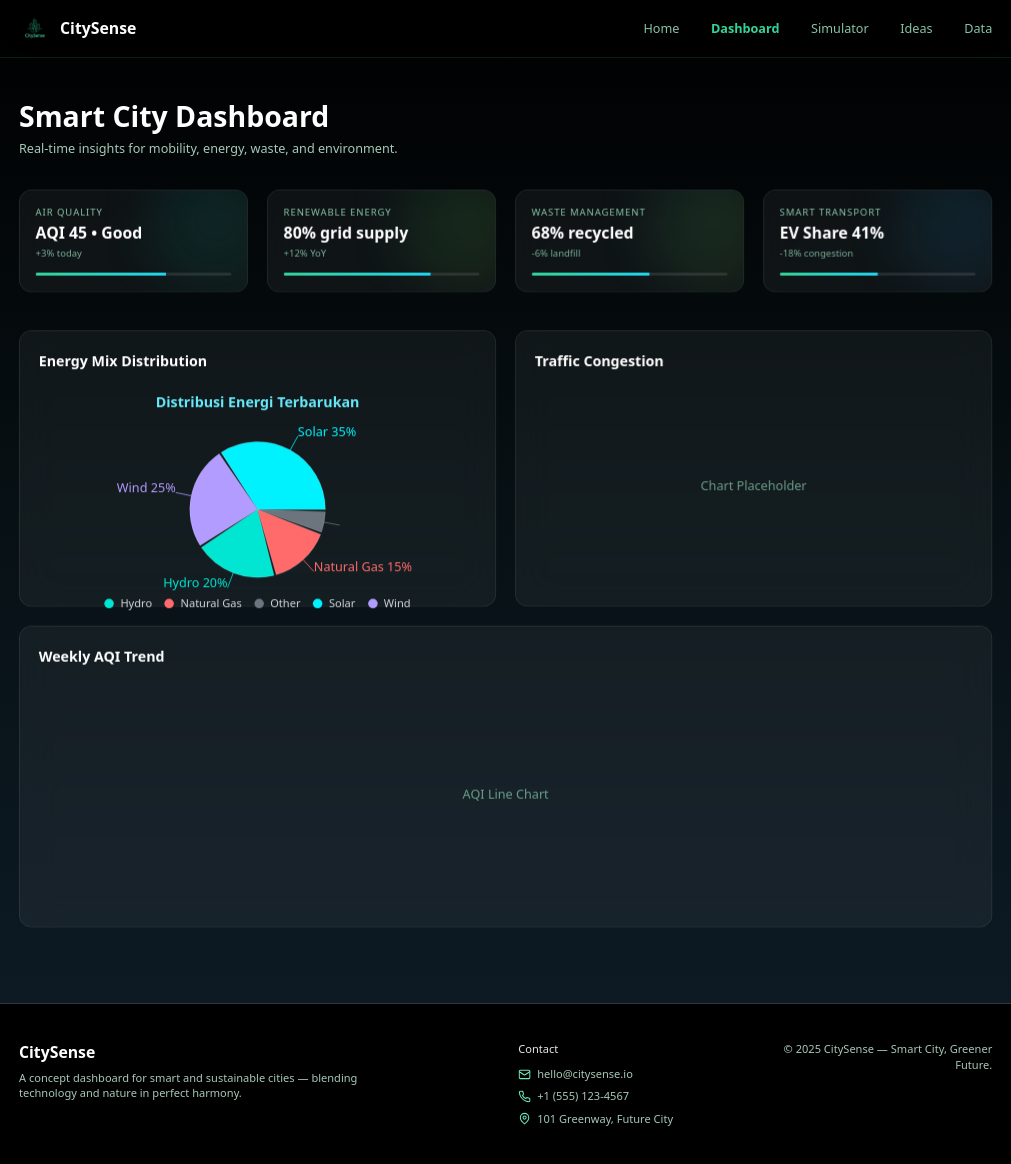
Repository: crashyet/CitySense
Page: /dashboard
These files come from the project's save history. The page is drawn as it stood at one moment and after the next save; the edit follows.
The browser window is 1280 px wide. The pictures show the whole page, at 79% of full size.
The project was rebuilt for these pictures with package versions that can differ from the ones it lists, and the page was loaded fresh each time. Also part of the build but not shown: vite.config.js, src/pages/landing/Hero.jsx, src/pages/landing/DashboardPreview.jsx, src/pages/landing/Infographic.jsx, src/pages/landing/Community.jsx, src/pages/landing/index.jsx, src/pages/Simulator/index.jsx, src/pages/Ideas/index.jsx and 1 more.

Above is the page before, as saved 2025-11-16 23:29:55.

### src/App.jsx
import { Routes, Route } from "react-router-dom";

import Landing from "./pages/landing";
import Dashboard from "./pages/Dashboardpack";
import Simulator from "./pages/Simulator";
import Ideas from "./pages/Ideas";
import DataPage from "./pages/Data";

export default function App() {
  return (
    <Routes>
      <Route path="/" element={<Landing />} />
      <Route path="/dashboard" element={<Dashboard />} />
      <Route path="/simulator" element={<Simulator />} />
      <Route path="/ideas" element={<Ideas />} />
      <Route path="/data" element={<DataPage />} />
    </Routes>
  );
}

### src/pages/Dashboardpack/index.jsx
import Navbar from "../../components/Navbar";
import Footer from "../../components/Footer";
import EnergyPieChart from "../../components/EnergyPieChart";

export default function Dashboardpack() {
  return (
    <>
      <Navbar />

      <div className="relative w-full bg-gradient-to-b from-black via-[#071014] to-[#0d1a24] text-white pb-24 pt-32">
        <div className="mx-auto max-w-7xl px-6">

          {/* Header */}
          <div className="mb-10">
            <h1 className="text-3xl md:text-4xl font-semibold">Smart City Dashboard</h1>
            <p className="text-emerald-100/80 mt-2">
              Real-time insights for mobility, energy, waste, and environment.
            </p>
          </div>

          {/* Top Stats */}
          <div className="grid grid-cols-1 md:grid-cols-2 lg:grid-cols-4 gap-6 mb-12">

            {/* CARD 1 */}
            <div className="group relative overflow-hidden rounded-2xl border border-white/10 bg-white/5 p-5 backdrop-blur-xl transition hover:border-emerald-300/40">
              <div className="absolute -right-10 -top-10 h-40 w-40 rounded-full bg-gradient-to-br
              from-cyan-500/30 to-emerald-500/30 opacity-40 blur-2xl" />

              <div className="relative">
                <p className="text-xs uppercase tracking-widest text-emerald-200/80">Air Quality</p>
                <p className="mt-1 text-xl font-semibold">AQI 45 • Good</p>
                <p className="text-xs text-emerald-200/70 mt-1">+3% today</p>
                <div className="mt-4 h-1 w-full bg-white/10 rounded-full overflow-hidden">
                  <div className="h-full w-2/3 bg-gradient-to-r from-emerald-400 to-cyan-400"></div>
                </div>
              </div>
            </div>

            {/* CARD 2 */}
            <div className="group relative overflow-hidden rounded-2xl border border-white/10 bg-white/5 p-5 backdrop-blur-xl transition hover:border-emerald-300/40">
              <div className="absolute -right-10 -top-10 h-40 w-40 rounded-full bg-gradient-to-br
              from-emerald-500/30 to-lime-400/30 opacity-40 blur-2xl" />

              <div className="relative">
                <p className="text-xs uppercase tracking-widest text-emerald-200/80">Renewable Energy</p>
                <p className="mt-1 text-xl font-semibold">80% grid supply</p>
                <p className="text-xs text-emerald-200/70 mt-1">+12% YoY</p>
                <div className="mt-4 h-1 w-full bg-white/10 rounded-full overflow-hidden">
                  <div className="h-full w-3/4 bg-gradient-to-r from-emerald-400 to-cyan-400"></div>
                </div>
              </div>
            </div>

            {/* CARD 3 */}
            <div className="group relative overflow-hidden rounded-2xl border border-white/10 bg-white/5 p-5 backdrop-blur-xl transition hover:border-emerald-300/40">
              <div className="absolute -right-10 -top-10 h-40 w-40 rounded-full bg-gradient-to-br
              from-teal-400/30 to-lime-400/30 opacity-40 blur-2xl" />

              <div className="relative">
                <p className="text-xs uppercase tracking-widest text-emerald-200/80">Waste Management</p>
                <p className="mt-1 text-xl font-semibold">68% recycled</p>
                <p className="text-xs text-emerald-200/70 mt-1">-6% landfill</p>
                <div className="mt-4 h-1 w-full bg-white/10 rounded-full overflow-hidden">
                  <div className="h-full w-3/5 bg-gradient-to-r from-emerald-400 to-cyan-400"></div>
                </div>
              </div>
            </div>

            {/* CARD 4 */}
            <div className="group relative overflow-hidden rounded-2xl border border-white/10 bg-white/5 p-5 backdrop-blur-xl transition hover:border-emerald-300/40">
              <div className="absolute -right-10 -top-10 h-40 w-40 rounded-full bg-gradient-to-br
              from-cyan-500/30 to-blue-500/30 opacity-40 blur-2xl" />

              <div className="relative">
                <p className="text-xs uppercase tracking-widest text-emerald-200/80">Smart Transport</p>
                <p className="mt-1 text-xl font-semibold">EV Share 41%</p>
                <p className="text-xs text-emerald-200/70 mt-1">-18% congestion</p>
                <div className="mt-4 h-1 w-full bg-white/10 rounded-full overflow-hidden">
                  <div className="h-full w-1/2 bg-gradient-to-r from-emerald-400 to-cyan-400"></div>
                </div>
              </div>
            </div>
          </div>

          {/* 2 Column Charts */}
          <div className="grid grid-cols-1 md:grid-cols-2 gap-6">

            {/* ENERGY DISTRIBUTION */}
            <div className="rounded-2xl border border-white/10 bg-white/5 p-6 backdrop-blur-xl md:col-span-1">
              <h3 className="text-lg font-semibold mb-4">Energy Mix Distribution</h3>

              <div className="h-64">
                <EnergyPieChart />
              </div>
            </div>

            {/* TRAFFIC */}
            <div className="rounded-2xl border border-white/10 bg-white/5 p-6 backdrop-blur-xl">
              <h3 className="text-lg font-semibold mb-4">Traffic Congestion</h3>
              <div className="h-64 flex items-center justify-center text-emerald-200/60">
                Chart Placeholder
              </div>
            </div>

            {/* WEEKLY AQI */}
            <div className="rounded-2xl border border-white/10 bg-white/5 p-6 backdrop-blur-xl md:col-span-2">
              <h3 className="text-lg font-semibold mb-4">Weekly AQI Trend</h3>
              <div className="h-72 flex items-center justify-center text-emerald-200/60">
                AQI Line Chart
              </div>
            </div>

          </div>
        </div>
      </div>

      <Footer />
    </>
  );
}

### src/components/Navbar.jsx
import { NavLink } from "react-router-dom";
import { useState } from "react";
import Logo from "../assets/logo.png"; // sesuaikan path logo

export default function Navbar() {
  const [open, setOpen] = useState(false);

  const linkClass = ({ isActive }) =>
    isActive
      ? "text-emerald-400 font-semibold"
      : "text-emerald-200/80 hover:text-white";

  return (
    <header className="fixed w-full z-50 bg-black/40 backdrop-blur-xl border-b border-emerald-400/20 px-6 py-4">
      <div className="max-w-7xl mx-auto flex justify-between items-center">

        {/* LOGO */}
        <NavLink to="/" className="flex items-center gap-3">
          <img src={Logo} className="w-10 h-10" />
          <span className="text-xl text-white font-semibold">CitySense</span>
        </NavLink>

        {/* DESKTOP NAV */}
        <nav className="hidden md:flex gap-10">
          <NavLink to="/" className={linkClass}>Home</NavLink>
          <NavLink to="/dashboard" className={linkClass}>Dashboard</NavLink>
          <NavLink to="/simulator" className={linkClass}>Simulator</NavLink>
          <NavLink to="/ideas" className={linkClass}>Ideas</NavLink>
          <NavLink to="/data" className={linkClass}>Data</NavLink>
        </nav>

        {/* MOBILE BUTTON */}
        <button className="md:hidden text-white" onClick={() => setOpen(!open)}>
          {open ? "✖" : "☰"}
        </button>
      </div>

      {/* MOBILE NAV */}
      {open && (
        <div className="md:hidden bg-black/60 backdrop-blur-lg px-6 pb-4 flex flex-col gap-3">
          <NavLink onClick={() => setOpen(false)} to="/" className="text-white">Home</NavLink>
          <NavLink onClick={() => setOpen(false)} to="/dashboard" className="text-white">Dashboard</NavLink>
          <NavLink onClick={() => setOpen(false)} to="/simulator" className="text-white">Simulator</NavLink>
          <NavLink onClick={() => setOpen(false)} to="/ideas" className="text-white">Ideas</NavLink>
          <NavLink onClick={() => setOpen(false)} to="/data" className="text-white">Data</NavLink>
        </div>
      )}
    </header>
  );
}

### src/components/Footer.jsx
import React from "react";

const Footer = () => {
  return (
    <footer id="contact" className="relative w-full bg-black text-white">
      <div className="mx-auto max-w-7xl px-6 py-12">

        <div className="grid grid-cols-1 gap-8 md:grid-cols-4">

          {/* Brand */}
          <div className="col-span-2">
            <h4 className="text-xl font-semibold">CitySense</h4>
            <p className="mt-2 max-w-md text-sm text-emerald-100/80">
              A concept dashboard for smart and sustainable cities — blending
              technology and nature in perfect harmony.
            </p>
          </div>

          {/* Contact */}
          <div>
            <p className="text-sm font-medium text-white/90">Contact</p>
            <ul className="mt-3 space-y-2 text-sm text-emerald-100/80">

              <li className="flex items-center gap-2">
                <svg xmlns="http://www.w3.org/2000/svg" width="24" height="24"
                  viewBox="0 0 24 24" fill="none" stroke="currentColor"
                  strokeWidth="2" strokeLinecap="round" strokeLinejoin="round"
                  className="lucide lucide-mail h-4 w-4 text-emerald-300">
                  <rect width="20" height="16" x="2" y="4" rx="2"></rect>
                  <path d="m22 7-8.97 5.7a1.94 1.94 0 0 1-2.06
                    0L2 7"></path>
                </svg>
                hello@citysense.io
              </li>

              <li className="flex items-center gap-2">
                <svg xmlns="http://www.w3.org/2000/svg" width="24" height="24"
                  viewBox="0 0 24 24" fill="none" stroke="currentColor"
                  strokeWidth="2" strokeLinecap="round" strokeLinejoin="round"
                  className="lucide lucide-phone h-4 w-4 text-emerald-300">
                  <path d="M22 16.92v3a2 2 0 0 1-2.18
                    2 19.79 19.79 0 0 1-8.63-3.07 19.5
                    19.5 0 0 1-6-6 19.79 19.79 0 0
                    1-3.07-8.67A2 2 0 0 1 4.11 2h3a2
                    2 0 0 1 2 1.72 12.84 12.84 0 0
                    0 .7 2.81 2 2 0 0 1-.45
                    2.11L8.09 9.91a16 16 0 0 0 6
                    6l1.27-1.27a2 2 0 0 1 2.11-.45
                    12.84 12.84 0 0 0 2.81.7A2
                    2 0 0 1 22 16.92z"></path>
                </svg>
                +1 (555) 123-4567
              </li>

              <li className="flex items-center gap-2">
                <svg xmlns="http://www.w3.org/2000/svg" width="24" height="24"
                  viewBox="0 0 24 24" fill="none" stroke="currentColor"
                  strokeWidth="2" strokeLinecap="round" strokeLinejoin="round"
                  className="lucide lucide-map-pin h-4 w-4 text-emerald-300">
                  <path d="M20 10c0 6-8 12-8
                    12s-8-6-8-12a8 8 0 0 1
                    16 0Z"></path>
                  <circle cx="12" cy="10" r="3"></circle>
                </svg>
                101 Greenway, Future City
              </li>

            </ul>
          </div>

          {/* Copyright */}
          <div className="md:text-right">
            <p className="text-sm text-emerald-100/80">
              © 2025 CitySense — Smart City, Greener Future.
            </p>
          </div>

        </div>
      </div>
    </footer>
  );
};

export default Footer;

### src/components/EnergyPieChart.jsx
import { PieChart, Pie, Cell, Tooltip, ResponsiveContainer, Legend } from "recharts";

const data = [
  { name: "Solar", value: 35, color: "#00f2fe", lightColor: "rgba(0, 242, 254, 0.1)" },
  { name: "Wind", value: 25, color: "#b29cff", lightColor: "rgba(178, 156, 255, 0.1)" },
  { name: "Hydro", value: 20, color: "#00e6d2", lightColor: "rgba(0, 230, 209, 0.1)" },
  { name: "Natural Gas", value: 15, color: "#ff6b6b", lightColor: "rgba(255, 107, 107, 0.1)" },
  { name: "Other", value: 5, color: "#6c757d", lightColor: "rgba(108, 117, 125, 0.1)" },
];

export default function EnergyPieChart() {
  return (
    <div className="w-full h-[300px] flex flex-col items-center justify-center">
      {/* Judul Grafik */}
      <h3 className="text-lg font-semibold text-cyan-300 mb-4">
        Distribusi Energi Terbarukan
      </h3>

      <div className="w-full h-[240px]">
        <ResponsiveContainer width="100%" height="100%">
          <PieChart>
            <Pie
              data={data}
              dataKey="value"
              nameKey="name"
              cx="50%"
              cy="50%"
              innerRadius={0}    // Mengubah menjadi pie chart biasa, bukan donut
              outerRadius="85%"
              paddingAngle={2}
              label={({ name, percent }) => {
                const formattedPercent = (percent * 100).toFixed(0);
                return formattedPercent > 8 ? `${name}\n${formattedPercent}%` : null; // Hanya tampilkan label jika cukup besar
              }}
              labelLine={true}
              labelStyle={{ fill: '#e2e8f0', fontSize: 12, fontWeight: 'bold', stroke: 'none' }}
            >
              {data.map((entry, index) => (
                <Cell
                  key={`cell-${index}`}
                  fill={entry.color}
                  stroke="rgba(255,255,255,0.2)"
                  strokeWidth={1}
                  style={{ outline: 'none' }}
                />
              ))}
            </Pie>

            {/* Tooltip Modern */}
            <Tooltip
              contentStyle={{
                background: "rgba(15, 23, 42, 0.9)",
                border: "1px solid rgba(56, 189, 248, 0.3)",
                backdropFilter: "blur(8px)",
                color: "#e2e8f0",
                borderRadius: "8px",
                padding: "10px",
                fontSize: "13px",
                boxShadow: "0 4px 12px rgba(0,0,0,0.2)",
              }}
              itemStyle={{ color: "#00f2fe" }}
              formatter={(value) => [`${value}%`, 'Energi']}
              labelStyle={{ color: "#b29cff", fontWeight: 'bold' }}
            />

            {/* Legenda Horizontal di Bawah */}
            <Legend
              layout="horizontal"
              verticalAlign="bottom"
              align="center"
              content={(props) => {
                const { payload } = props;
                return (
                  <ul className="flex flex-wrap justify-center gap-4 mt-2">
                    {payload.map((entry, index) => (
                      <li key={`item-${index}`} className="flex items-center">
                        <span
                          className="w-3 h-3 rounded-full mr-2"
                          style={{ backgroundColor: entry.color }}
                        ></span>
                        <span className="text-gray-300 text-sm">{entry.value}</span>
                      </li>
                    ))}
                  </ul>
                );
              }}
            />
          </PieChart>
        </ResponsiveContainer>
      </div>
    </div>
  );
}

Loaded but not shown: index.html (common file); src/main.jsx (common file); src/index.css (common file); tailwind.config.js (common file)

After the next save:
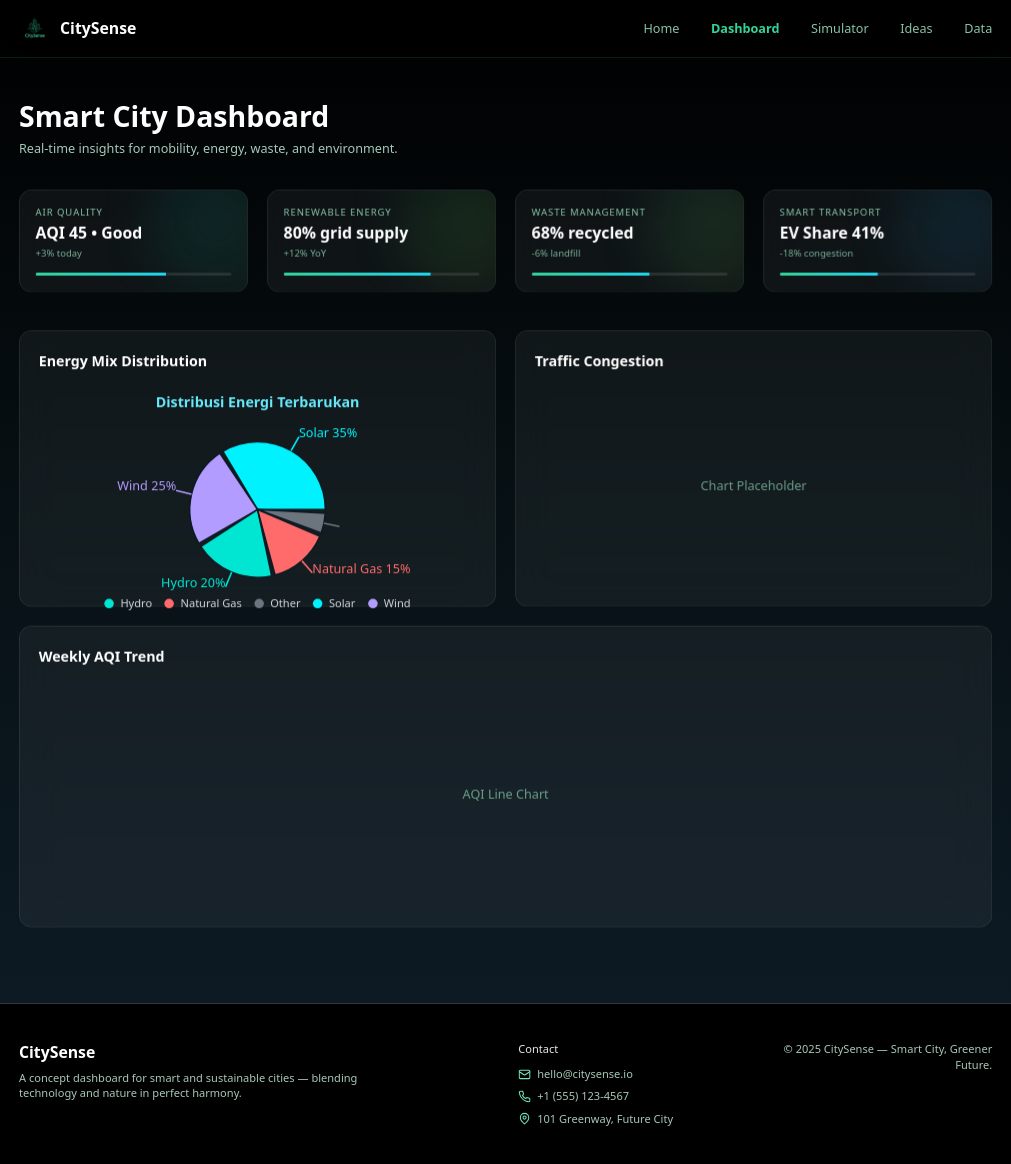
Saved 116 s later.
--- a/src/components/EnergyPieChart.jsx
+++ b/src/components/EnergyPieChart.jsx
@@ -1,17 +1,16 @@
 import { PieChart, Pie, Cell, Tooltip, ResponsiveContainer, Legend } from "recharts";
 
 const data = [
-  { name: "Solar", value: 35, color: "#00f2fe", lightColor: "rgba(0, 242, 254, 0.1)" },
-  { name: "Wind", value: 25, color: "#b29cff", lightColor: "rgba(178, 156, 255, 0.1)" },
-  { name: "Hydro", value: 20, color: "#00e6d2", lightColor: "rgba(0, 230, 209, 0.1)" },
-  { name: "Natural Gas", value: 15, color: "#ff6b6b", lightColor: "rgba(255, 107, 107, 0.1)" },
-  { name: "Other", value: 5, color: "#6c757d", lightColor: "rgba(108, 117, 125, 0.1)" },
+  { name: "Solar", value: 35, color: "#00f2fe" },
+  { name: "Wind", value: 25, color: "#b29cff" },
+  { name: "Hydro", value: 20, color: "#00e6d2" },
+  { name: "Natural Gas", value: 15, color: "#ff6b6b" },
+  { name: "Other", value: 5, color: "#6c757d" },
 ];
 
 export default function EnergyPieChart() {
   return (
     <div className="w-full h-[300px] flex flex-col items-center justify-center">
-      {/* Judul Grafik */}
       <h3 className="text-lg font-semibold text-cyan-300 mb-4">
         Distribusi Energi Terbarukan
       </h3>
@@ -25,28 +24,29 @@ export default function EnergyPieChart() {
               nameKey="name"
               cx="50%"
               cy="50%"
-              innerRadius={0}    // Mengubah menjadi pie chart biasa, bukan donut
+              innerRadius={0}
               outerRadius="85%"
-              paddingAngle={2}
+              paddingAngle={3} // Jarak antar sektor sedikit lebih besar untuk pemisahan visual
+              // Garis batas antar sektor
+              stroke="#0d1a24" // Warna gelap untuk garis batas, sesuai tema modern
+              strokeWidth={2}   // Ketebalan garis untuk pemisahan yang jelas
               label={({ name, percent }) => {
                 const formattedPercent = (percent * 100).toFixed(0);
-                return formattedPercent > 8 ? `${name}\n${formattedPercent}%` : null; // Hanya tampilkan label jika cukup besar
+                return formattedPercent > 8 ? `${name}\n${formattedPercent}%` : null;
               }}
               labelLine={true}
-              labelStyle={{ fill: '#e2e8f0', fontSize: 12, fontWeight: 'bold', stroke: 'none' }}
+              labelStyle={{ fill: '#e2e8f0', fontSize: 12, fontWeight: 'bold' }}
             >
               {data.map((entry, index) => (
                 <Cell
                   key={`cell-${index}`}
                   fill={entry.color}
-                  stroke="rgba(255,255,255,0.2)"
-                  strokeWidth={1}
-                  style={{ outline: 'none' }}
+                  // Stroke di sini akan menimpa stroke global di Pie jika didefinisikan
+                  // Kita biarkan kosong agar mengikuti stroke global di Pie untuk konsistensi
                 />
               ))}
             </Pie>
 
-            {/* Tooltip Modern */}
             <Tooltip
               contentStyle={{
                 background: "rgba(15, 23, 42, 0.9)",
@@ -63,7 +63,6 @@ export default function EnergyPieChart() {
               labelStyle={{ color: "#b29cff", fontWeight: 'bold' }}
             />
 
-            {/* Legenda Horizontal di Bawah */}
             <Legend
               layout="horizontal"
               verticalAlign="bottom"
